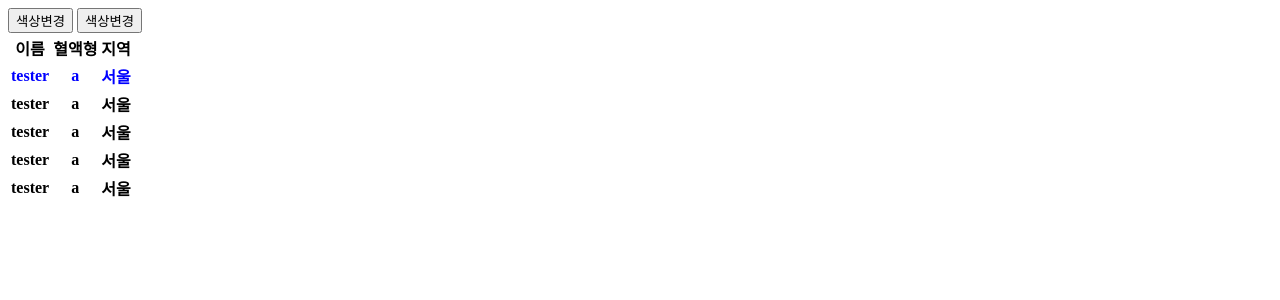
Repository: popconnect/jQuery
Page: http://localhost/jqueryEx01/jquery12.jsp
The author's editor kept a copy of each file at every save. The page is drawn from the files as they stood at one save, then again after the next save.
The browser window is 1280 px wide. The pictures show the whole page.
The page is served by Tomcat 9.

Above is the page before, as saved 2023-05-15 07:14:02.
Console error: TypeError: Cannot set properties of null (setting 'onclick')

### jqueryEx01/src/main/webapp/jquery12.jsp
<%@ page language="java" contentType="text/html; charset=UTF-8"
	pageEncoding="UTF-8"%>
<!DOCTYPE html>
<html>
<head>
<meta charset="UTF-8">
<title>Insert title here</title>

<script src="https://ajax.googleapis.com/ajax/libs/jquery/3.6.4/jquery.min.js"></script>
<script type="text/javascript">
//window.jquery => jquery => $
	$(document).ready(function() {
		//$('tr').eq(0).css('width', '800');
		//$('tr').first().css('color', 'blue');
		//$('tr').last().css('color', 'blue');
		$('tr').eq(1).css('color', 'blue');
	});

	document.getElementById('btn1').onclick = function() {
		//$('tr:odd').css('background-color', 'white');
	//	$('tr:even').css('background-color', '#c0c0c0');

	//	$('tr:first').css('background-color', 'red');

		$('tr:nth-child(2n)').css('background-color', 'blue');
		$('tr:nth-child(2n+1)').css('background-color', 'yellow');
		$('tr:eq(0)').css('background-color', 'yellow');
	}
	document.getElementById('btn2').onclick = function() {
		$('tr:odd').css('background-color', 'white');
		$('tr:even').css('background-color', 'white');
	}


</script>
</head>
<body>
<button id='btn1'>색상변경</button>
<button id='btn2'>색상변경</button>
<table>
<tr>
<th>이름</th>
<th>혈액형</th>
<th>지역</th>
</tr>
<tr>
<th>tester</th>
<th>a</th>
<th>서울</th>
</tr>
<tr>
<th>tester</th>
<th>a</th>
<th>서울</th>
</tr>
<tr>
<th>tester</th>
<th>a</th>
<th>서울</th>
</tr>
<tr>
<th>tester</th>
<th>a</th>
<th>서울</th>
</tr>
<tr>
<th>tester</th>
<th>a</th>
<th>서울</th>
</tr>
</table>
</body>
</html>

After the next save:
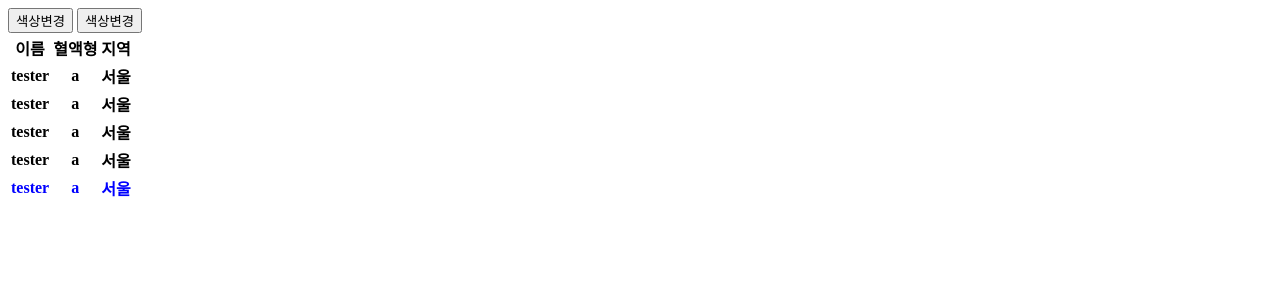
Saved 6 s later.
--- a/jqueryEx01/src/main/webapp/jquery12.jsp
+++ b/jqueryEx01/src/main/webapp/jquery12.jsp
@@ -13,7 +13,7 @@
 		//$('tr').eq(0).css('width', '800');
 		//$('tr').first().css('color', 'blue');
 		//$('tr').last().css('color', 'blue');
-		$('tr').eq(1).css('color', 'blue');
+		$('tr').eq(-1).css('color', 'blue');
 	});
 
 	document.getElementById('btn1').onclick = function() {
